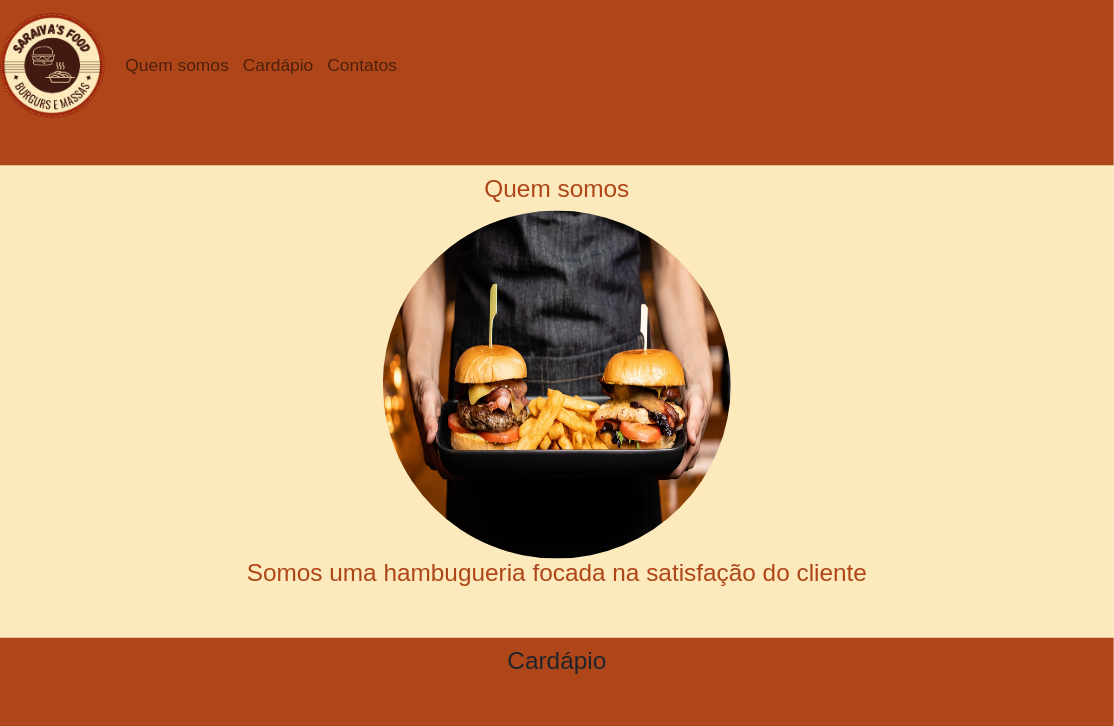
Repository: Tuanemendes/curso_bootstrap
Page: projeto1/index.html
An editor plug-in stored every save of this project. The page is shown before and after the next save, followed by the edit.
The browser window is 1280 px wide. The pictures show the whole page, at 87% of full size.

Above is the page before, as saved 2022-04-04 17:00:22.

After the next save:
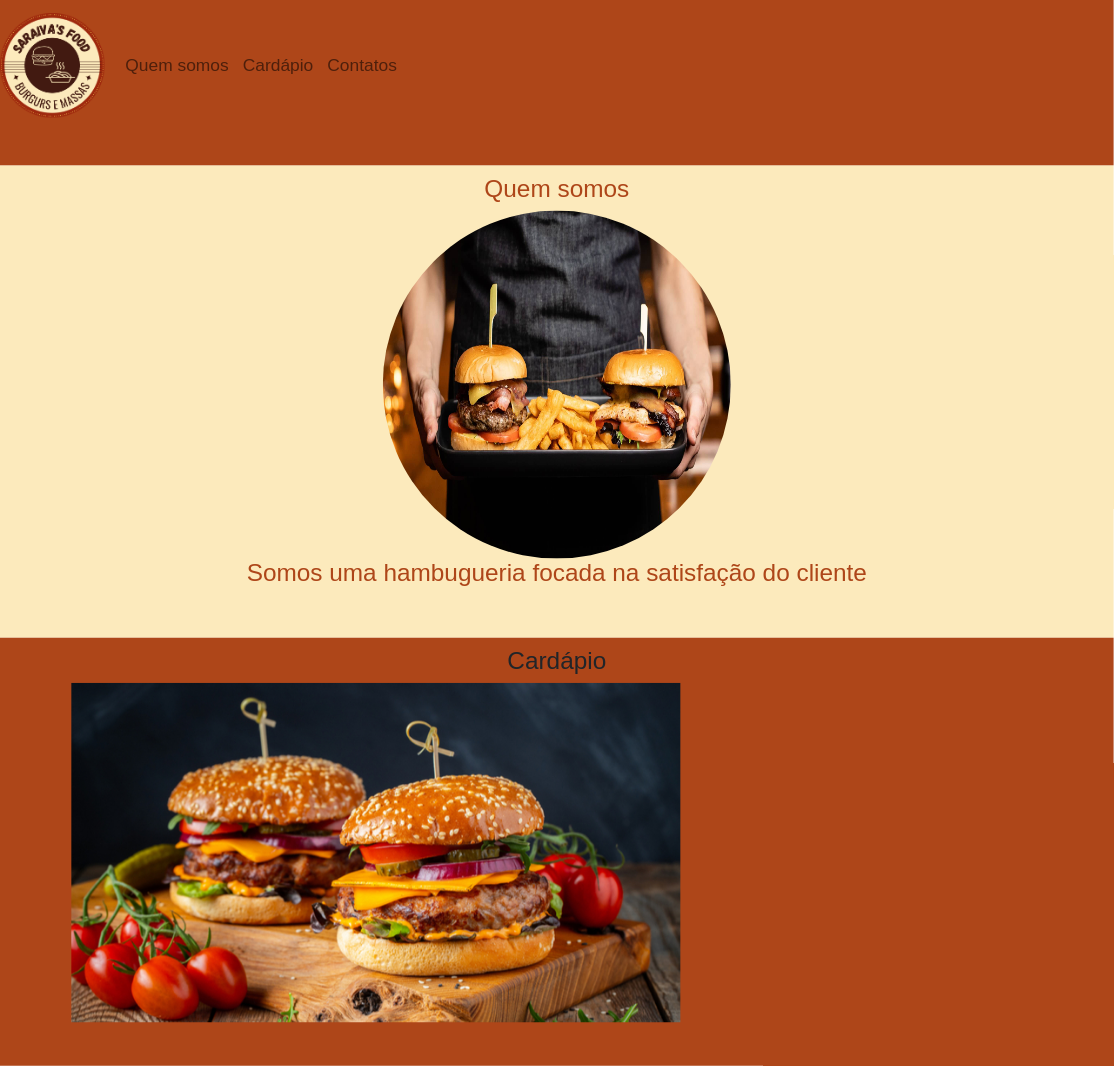
Saved 3 min 54 s later.
--- a/projeto1/index.html
+++ b/projeto1/index.html
@@ -39,7 +39,14 @@
     <section id="cardapio">
         <div class="container-fluid text-center margin cardapio">
            <h3>Cardápio</h3>
+            <div class="container">
+                <div class="row">
+                    <div class="col-md-4">
+                         <img src="/img/dia_do_hamburguer_EPA_0.jpg" alt="">
 
+                    </div>
+                </div>
+            </div>
         </div>
     </section>
 
